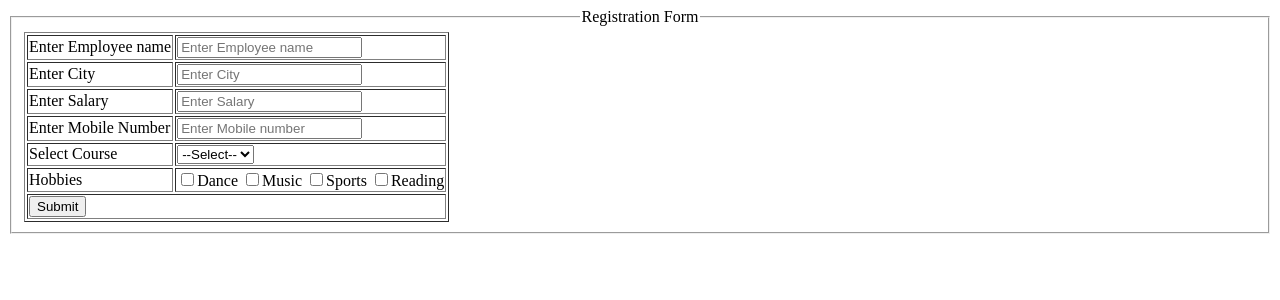
Repository: bigee1397/22-3-2024
Page: http://localhost/RDDemo/
The author's editor kept a copy of each file at every save. The page is drawn from the files as they stood at one save, then again after the next save.
The browser window is 1280 px wide. The pictures show the whole page.
The page is served by Tomcat 9.

Above is the page before, as saved 2024-03-15 04:54:53.

After the next save:
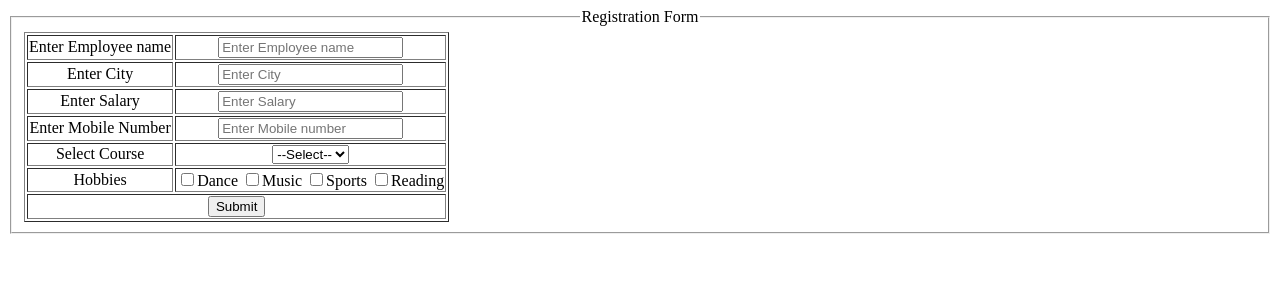
Saved 9 s later.
--- a/jspandservlets/RDDemo/src/main/webapp/index.jsp
+++ b/jspandservlets/RDDemo/src/main/webapp/index.jsp
@@ -7,7 +7,7 @@
 <title>Insert title here</title>
 </head>
 <body>
-	<fieldset>
+	<fieldset align="center">
 		<legend align="center">Registration Form</legend>
 		<form action="registerServlet" method="post">
 			<table align="left" border="1">

After the 3 saves that followed:
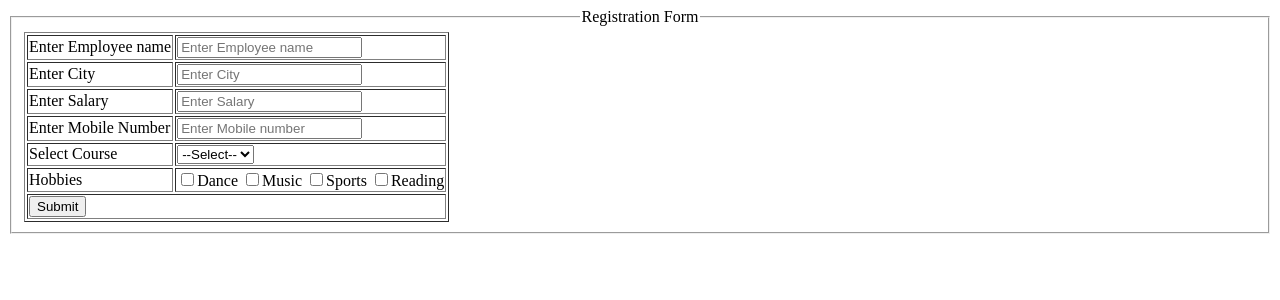
The 3 saves are shown as one change because 2 left the picture as it was.
The last was saved 46 s later.
--- a/jspandservlets/RDDemo/src/main/webapp/index.jsp
+++ b/jspandservlets/RDDemo/src/main/webapp/index.jsp
@@ -7,7 +7,7 @@
 <title>Insert title here</title>
 </head>
 <body>
-	<fieldset align="center">
+	<fieldset>
 		<legend align="center">Registration Form</legend>
 		<form action="registerServlet" method="post">
 			<table align="left" border="1">
